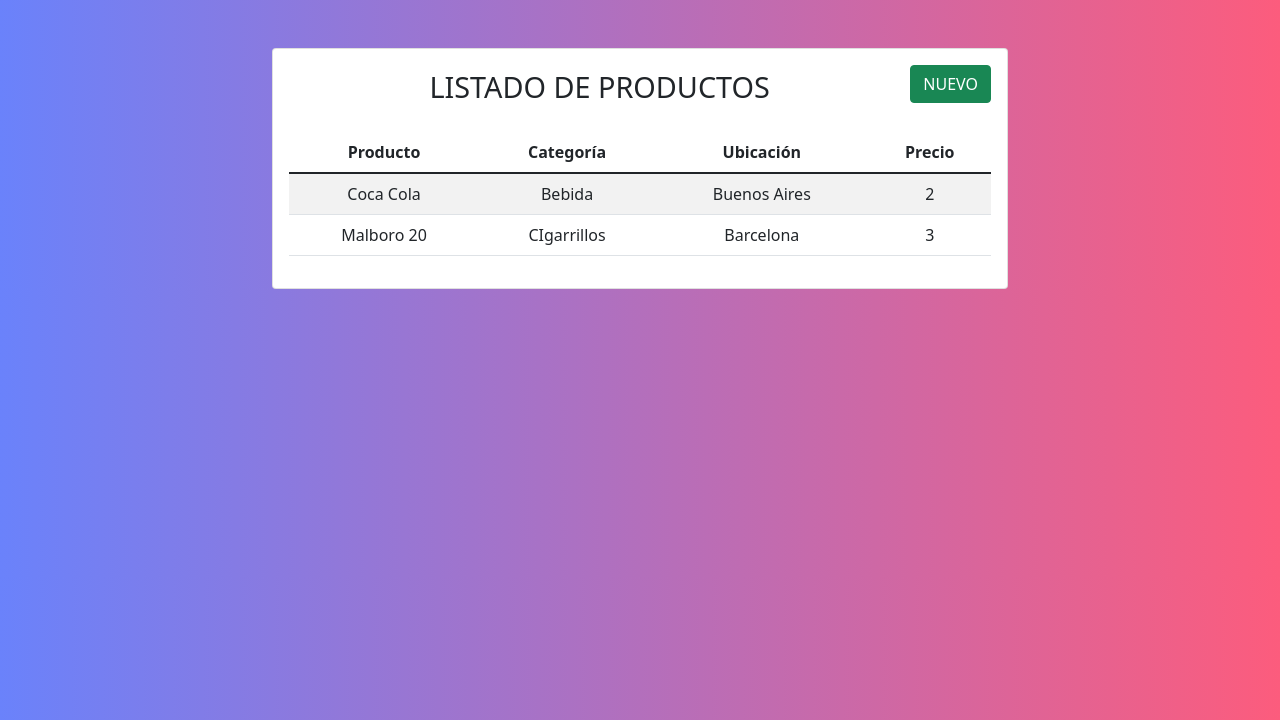
Repository: vivianaleivagalvez/crud_angular
Page: /
The author's editor kept a copy of each file at every save. The page is drawn from the files as they stood at one save, then again after the next save.
The browser window is 1280 px wide. The pictures show the whole page.
The project was rebuilt for these pictures with package versions that can differ from the ones it lists, and the page was loaded fresh each time. Also part of the build but not shown: angular.json, src/app/components/crear-producto/crear-producto.component.ts.

Above is the page before, as saved 2022-01-27 00:10:23.

### src/index.html
<!doctype html>
<html lang="en">
<head>
  <meta charset="utf-8">
  <title>Cliente</title>
  <base href="/">

  <meta name="viewport" content="width=device-width, initial-scale=1">
  <link rel="icon" type="image/x-icon" href="favicon.ico">
</head>
<body>
  <app-root></app-root>
</body>
</html>

### src/styles.css
/* You can add global styles to this file, and also import other style files */
body{
  background: #FC5C7D;  /* fallback for old browsers */
  background: -webkit-linear-gradient(to right, #6A82FB, #FC5C7D);  /* Chrome 10-25, Safari 5.1-6 */
  background: linear-gradient(to right, #6A82FB, #FC5C7D); /* W3C, IE 10+/ Edge, Firefox 16+, Chrome 26+, Opera 12+, Safari 7+ */
}

.titulo{
  font-size: 1.8rem;
}

### src/app/app.module.ts
import { BrowserModule } from '@angular/platform-browser';
import { NgModule } from '@angular/core';

import { AppComponent } from './app.component';
import { CrearProductoComponent } from './components/crear-producto/crear-producto.component';
import { ListarProductosComponent } from './components/listar-productos/listar-productos.component';
import { AppRoutingModule } from './app-routing.module';

@NgModule({
  declarations: [
    AppComponent,
    CrearProductoComponent,
    ListarProductosComponent
  ],
  imports: [
    BrowserModule,
    AppRoutingModule
  ],
  providers: [],
  bootstrap: [AppComponent]
})
export class AppModule { }

### src/app/components/listar-productos/listar-productos.component.ts
import { Component, OnInit } from '@angular/core';

@Component({
  selector: 'app-listar-productos',
  templateUrl: './listar-productos.component.html',
  styleUrls: ['./listar-productos.component.css']
})
export class ListarProductosComponent implements OnInit {

  constructor() { }

  ngOnInit() {
  }

}

### src/app/app-routing.module.ts
import { ListarProductosComponent } from './components/listar-productos/listar-productos.component';
import { CrearProductoComponent } from './components/crear-producto/crear-producto.component';
import { NgModule } from '@angular/core';
import { RouterModule, Routes } from '@angular/router';

const routes: Routes = [
  { path: '', component: ListarProductosComponent },
  { path: 'crear-producto', component: CrearProductoComponent },
  { path: 'editar-producto/:id', component: CrearProductoComponent },
  { path: '**', redirectTo: '', pathMatch: 'full' }
];

@NgModule({
  imports: [RouterModule.forRoot(routes)],
  exports: [RouterModule]
})
export class AppRoutingModule { }

### src/app/components/listar-productos/listar-productos.component.html
<div class="container mt-5">
  <div class="row">
    <div class="col-lg-8 offset-lg-2">
      <div class="card">
        <div class="card-body text-center">
          <span class="titulo">LISTADO DE PRODUCTOS</span>
          <button class="btn btn-success float-end">NUEVO</button>
          <table class="table table-striped mt-4">
            <thead>
              <tr>
                <th scope="col">Producto</th>
                <th scope="col">Categoría</th>
                <th scope="col">Ubicación</th>
                <th scope="col">Precio</th>
              </tr>
            </thead>
            <tbody>
              <tr>
                <td>Coca Cola</td>
                <td>Bebida</td>
                <td>Buenos Aires</td>
                <td>2</td>
              </tr>
              <tr>
                <td>Malboro 20</td>
                <td>CIgarrillos</td>
                <td>Barcelona</td>
                <td>3</td>
              </tr>
              <tr>
            </tbody>
          </table>
        </div>
      </div>
    </div>
  </div>
</div>

Loaded but not shown: src/main.ts (common file); src/environments/environment.ts (common file); src/app/app.component.ts (common file); src/app/app.component.html (common file); src/app/app.component.css (no stored copy; drawn as an empty file); src/app/components/listar-productos/listar-productos.component.css (no stored copy; drawn as an empty file)

After the next save:
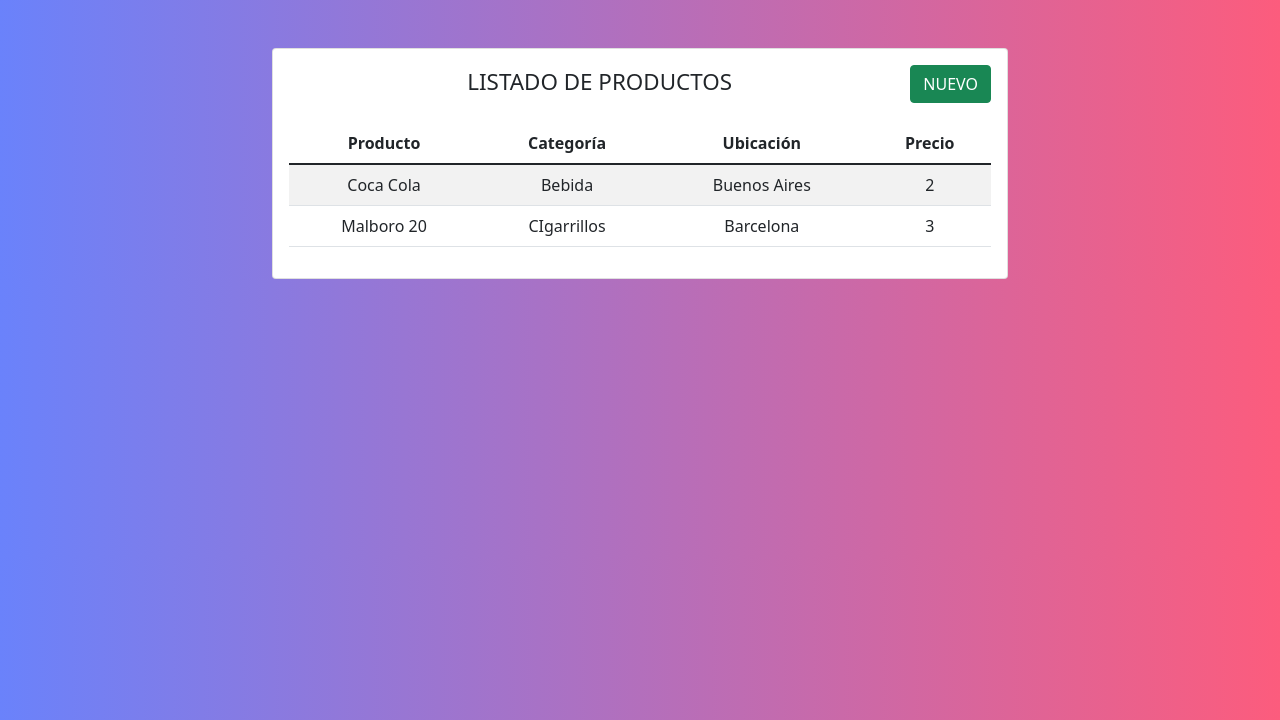
Saved 7 s later.
--- a/src/styles.css
+++ b/src/styles.css
@@ -6,5 +6,5 @@ body{
 }
 
 .titulo{
-  font-size: 1.8rem;
+  font-size: 1.4rem;
 }
